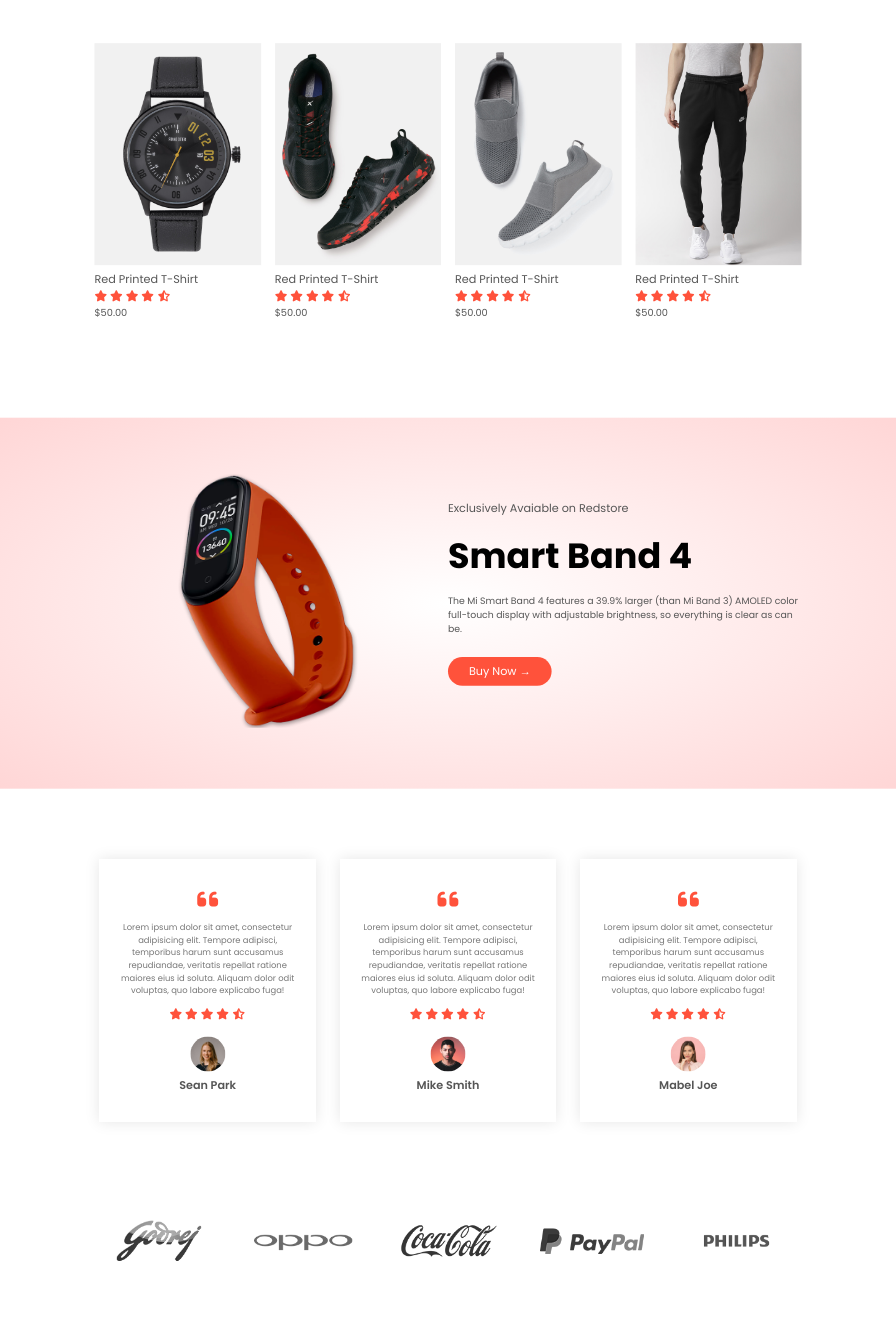
Repository: datvu1608/redsportstore
Page: index.html
The author's editor kept a copy of each file at every save. The page is drawn from the files as they stood at one save, then again after a run of saves.
The browser window is 1280 px wide. The pictures show the part of the page from y = 2464 to 4384 px (the page is 4384 px tall), at 70% of full size.
The pointer rests on the first visible `.col-5 img`.

Above is the page before, as saved 2023-11-23 15:07:37.

After the next 2 saves:
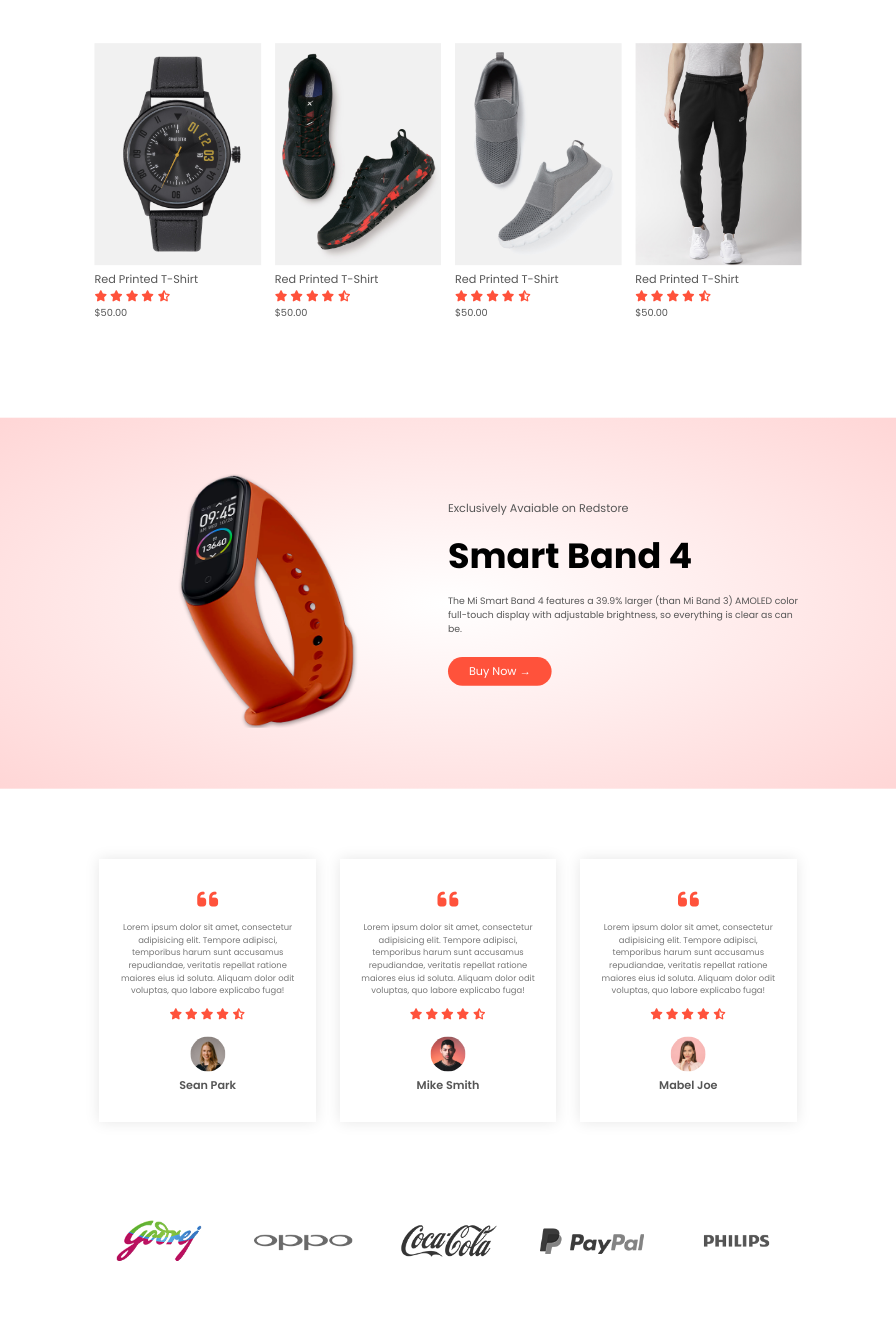
The 2 saves are shown as one change because they came seconds apart.
The last was saved 10 s later.
--- a/styles.css
+++ b/styles.css
@@ -198,5 +198,5 @@
   filter: grayscale(100%);
 }
 .col-5 img:hover {
-  filter: ;
-}
+  filter: grayscale(0);
+}
